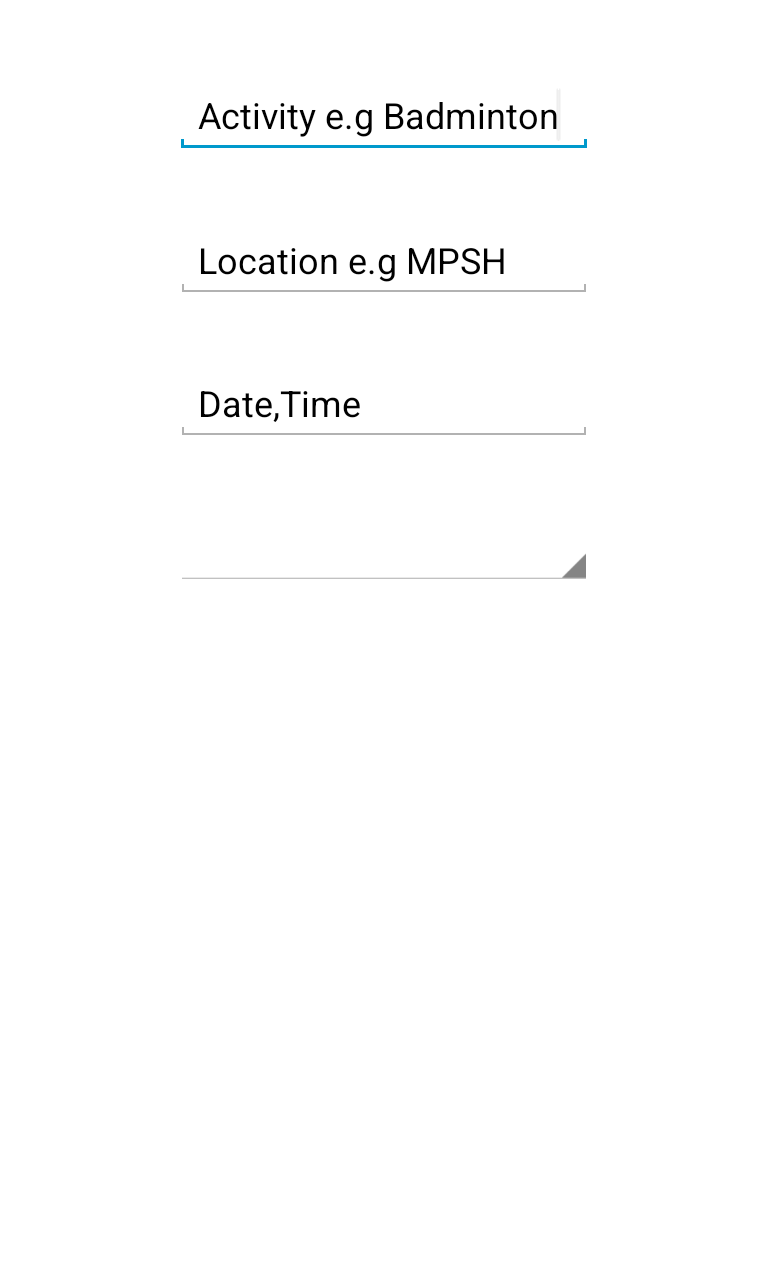
Repository: srikraj8341/srikanthrepo
Layout: android/MyFirstApp/res/layout/activity_initiate.xml
These files come from the project's save history. The layout is drawn as it stood at one moment and after the next save; the edit follows.
It is drawn on a 768 x 1280 px phone screen (xhdpi) without system bars, with theme AppTheme; the app's code is not run.

Above is the layout before, as saved 2012-09-22 23:09:44.

### android/MyFirstApp/res/layout/activity_initiate.xml
<RelativeLayout xmlns:android="http://schemas.android.com/apk/res/android"
    xmlns:tools="http://schemas.android.com/tools"
    android:layout_width="match_parent"
    android:layout_height="match_parent" >

     <EditText
        android:id="@+id/editText1"
        android:layout_width="wrap_content"
        android:layout_height="wrap_content"
        android:layout_alignParentTop="true"
        android:layout_centerHorizontal="true"
        android:layout_marginTop="38dp"
        android:ems="10"
        android:inputType="textPersonName"
        android:text="@string/Activity" >

        <requestFocus />
    </EditText>

    <EditText
        android:id="@+id/editText2"
        android:layout_width="wrap_content"
        android:layout_height="wrap_content"
        android:layout_alignLeft="@+id/editText1"
        android:layout_below="@+id/editText1"
        android:layout_marginTop="33dp"
        android:ems="10"
        android:inputType="textPersonName"
        android:text="@string/Location" />

    <EditText
        android:id="@+id/editText3"
        android:layout_width="wrap_content"
        android:layout_height="wrap_content"
        android:layout_alignLeft="@+id/editText2"
        android:layout_below="@+id/editText2"
        android:layout_marginTop="32dp"
        android:ems="10"
        android:inputType="textPersonName"
        android:text="@string/Date" />

    <Spinner
        android:id="@+id/spinner1"
        android:layout_width="wrap_content"
        android:layout_height="wrap_content"
        android:layout_alignLeft="@+id/editText3"
        android:layout_alignRight="@+id/editText3"
        android:layout_below="@+id/editText3"
        android:layout_marginTop="40dp" />

</RelativeLayout>

### android/MyFirstApp/res/values/strings.xml
<resources>

    <string name="app_name">Play Finder</string>
    <string name="hello_world">Hello world!</string>
    <string name="menu_settings">Settings</string>
    <string name="title_activity_main">Play Finder</string>
    <string name="edit_message">Enter a message</string>
    <string name="button_send">send</string>
    <string name="title_activity_display_message">My Message</string>
    <string name="Email">Email</string>
    <string name="textEmailAddress">user@domain</string>
    <string name="Password">Password</string>
    <string name="Register">Register</string>
    <string name="Submit">Submit</string>
    <string name="Passwordsymbol">........</string>
    <string name="Name">Name</string>
    <string name="Age">Age : dd/mm/yyyy</string>
    <string name="Phone">(555) 1000</string>
    <string name="Male">Male</string>
    <string name="Female">Female</string>
    <string name="Save">Save</string>
    <string name="title_activity_login">Play Finder</string>
    <string name="title_activity_profile">Play Finder</string>
    <string name="title_activity_initiate">Play Finder</string>
    <string name="title_activity_games">Play Finder</string>
    <string name="Activity">Activity e.g Badminton</string>
    <string name="Location">Location e.g MPSH</string>
    <string name="Date">Date,Time</string>
    <string name="Profecieny_prompt">Profeciency</string>
    <string-array name = "Profeciency_array">
         <item>Beginner</item>
         <item>Intermediate</item>
         <item>Professional</item>
    </string-array>


</resources>

Loaded but not shown: android/MyFirstApp/res/values-v11/styles.xml (common file); android/MyFirstApp/res/values-v14/styles.xml (common file); android/MyFirstApp/res/values/styles.xml (common file)

After the next save:
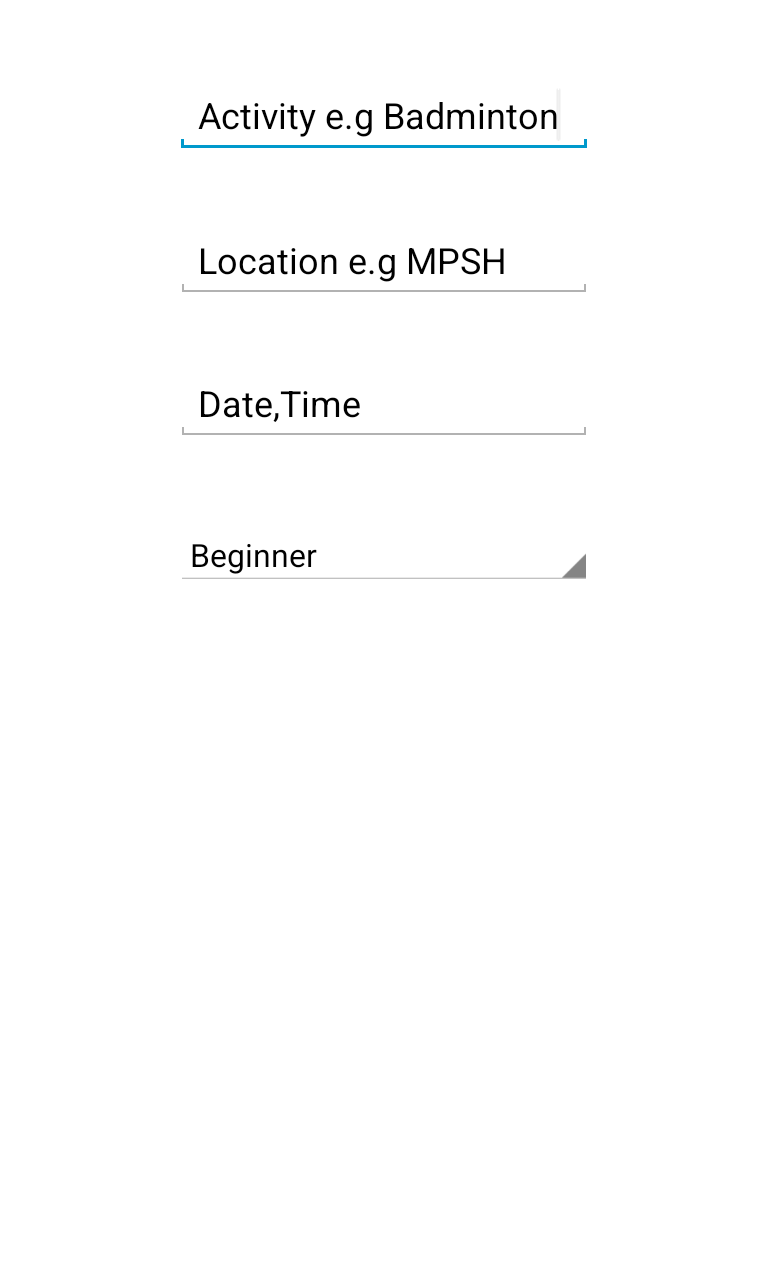
Saved 30 s later.
--- a/android/MyFirstApp/res/layout/activity_initiate.xml
+++ b/android/MyFirstApp/res/layout/activity_initiate.xml
@@ -46,6 +46,8 @@
         android:layout_alignLeft="@+id/editText3"
         android:layout_alignRight="@+id/editText3"
         android:layout_below="@+id/editText3"
-        android:layout_marginTop="40dp" />
+        android:layout_marginTop="40dp"
+        android:entries="@array/Profeciency_array"
+        android:prompt="@string/Profecieny_prompt" />
 
 </RelativeLayout>
